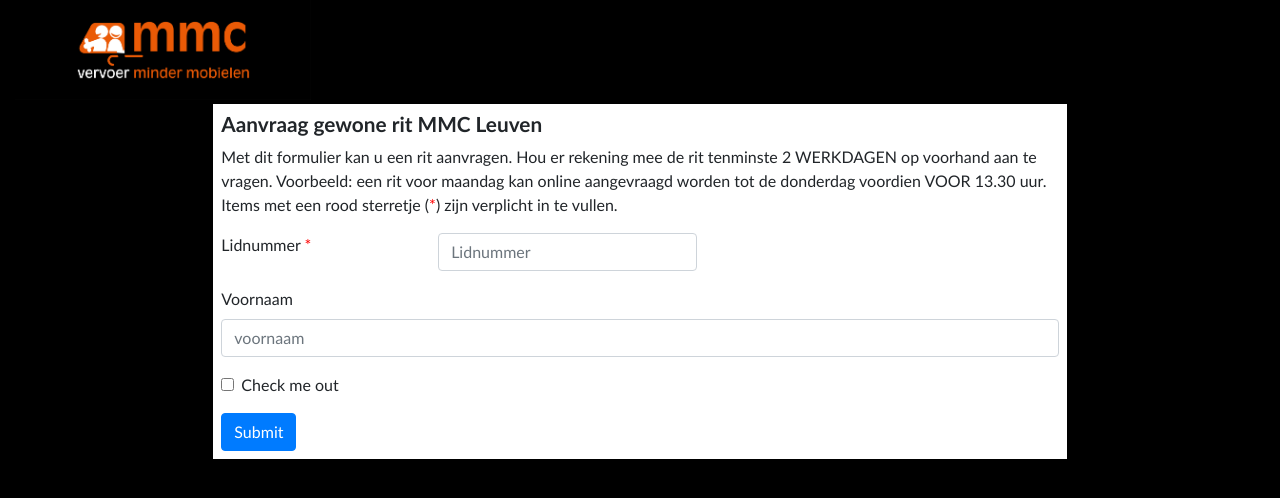
Repository: tclaes/vera
Page: index.html
These files come from the project's save history. The page is drawn as it stood at one moment and after a run of saves; the edit follows.
The browser window is 1280 px wide. The pictures show the whole page.

Above is the page before, as saved 2018-11-12 15:44:20.

After the next 2 saves:
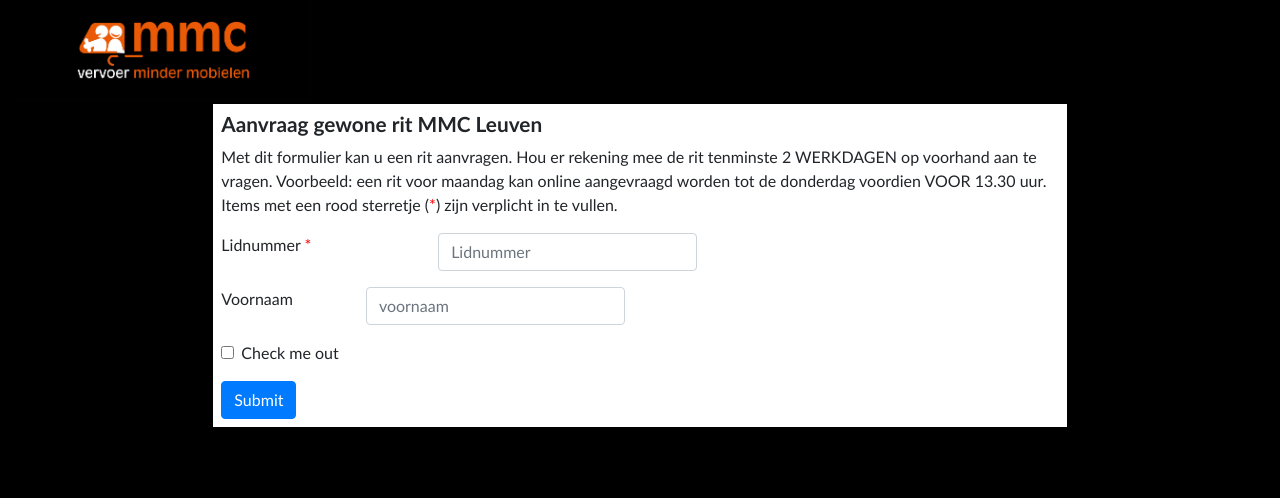
The 2 saves are shown as one change because they came seconds apart.
The last was saved 5 s later.
--- a/index.html
+++ b/index.html
@@ -50,10 +50,9 @@
                 <label for="voornaam">Voornaam</label>
               </div>
               <div class="col-md-4">
-
+                <input type="text" class="form-control" id="voornaam" placeholder="voornaam">
               </div>
             </div>
-            <input type="text" class="form-control" id="voornaam" placeholder="voornaam">
           </div>
         <div class="form-group form-check">
           <input type="checkbox" class="form-check-input" id="exampleCheck1">
